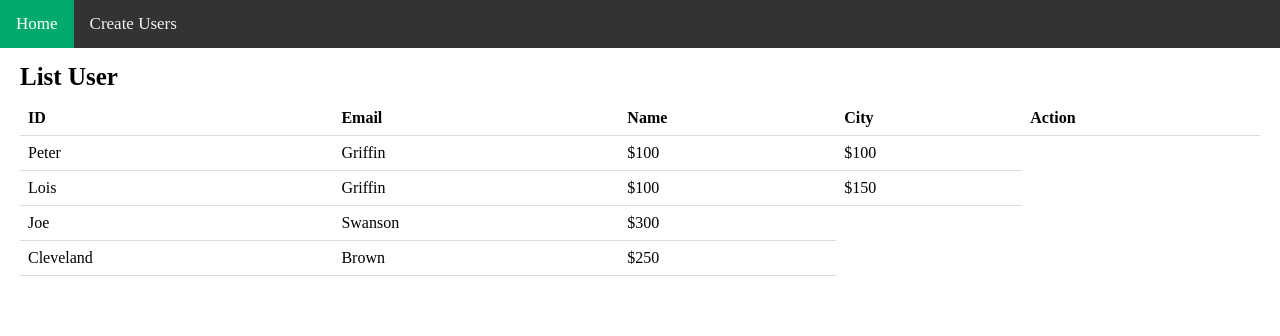
Repository: Ducbii4202/backend-Nodejs
Page: src/views/home.ejs
The author's editor kept a copy of each file at every save. The page is drawn from the files as they stood at one save, then again after the next save.
The browser window is 1280 px wide. The pictures show the whole page.
The page is served by the project's Node server (server.js). The template is opened directly, without the code that normally fills it, so the values that code supplies are empty.

Above is the page before, as saved 2024-07-02 16:36:39.

### src/views/home.ejs
<html lang="en">

<head>
  <meta charset="UTF-8">
  <meta name="viewport" content="width=device-width, initial-scale=1.0">
  <title>Home Page</title>
  <link rel="stylesheet" href="/css/styles.css" />

</head>


<body>
  <div class="topnav">
    <a class="active" href="/">Home</a>
    <a href="/create">Create Users</a>
  </div>
  <div class="table-container">
    <div class="title">List User</div>
    <table>
      <tr>
        <th>ID</th>
        <th>Email</th>
        <th>Name</th>
        <th>City</th>
        <th>Action</th>
      </tr>
      <tr>
        <td>Peter</td>
        <td>Griffin</td>
        <td>$100</td>
        <td>$100</td>
      </tr>
      <tr>
        <td>Lois</td>
        <td>Griffin</td>
        <td>$100</td>
        <td>$150</td>
      </tr>
      <tr>
        <td>Joe</td>
        <td>Swanson</td>
        <td>$300</td>
      </tr>
      <tr>
        <td>Cleveland</td>
        <td>Brown</td>
        <td>$250</td>
      </tr>
    </table>
  </div>

</body>

</html>

### server.js
const express = require("express");
const app = express();
const port = 8080;

app.set("views", "./src/views");
app.set("view engine", "ejs");

app.get("/", (req, res) => {
  res.send("Hello World!");
});

app.get("/abc", (req, res) => {
  res.send("Hello ABC!");
});

app.listen(port, () => {
  console.log(`Example app listening on port ${port}`);
});

### src/public/css/styles.css
.hoidanit{
    width: 500px;
}

/*reset padding and margin*/
*{
    margin: 0;
    padding: 0;
}

/* Add a black background color to the top navigation */
.topnav {
  background-color: #333;
  overflow: hidden;
}

/* Style the links inside the navigation bar */
.topnav a {
  float: left;
  color: #f2f2f2;
  text-align: center;
  padding: 14px 16px;
  text-decoration: none;
  font-size: 17px;
}

/* Change the color of links on hover */
.topnav a:hover {
  background-color: #ddd;
  color: black;
}

/* Add a color to the active/current link */
.topnav a.active {
  background-color: #04AA6D;
  color: white;
}
legend {
  padding: 10px;
  margin: 15 20px;
  text-align: center;
   border: 2px solid black;
   border-radius: 8px;
}

.form-add-new{
    width: 500px;
    margin: 0 auto;
    padding-top: 100px;
}
.input-group{
    padding: 10px
}

button{
    margin: 10px;
    cursor: po;
}
 .table-container {
    padding: 15px 20px
  }

  .title {
    font-size: 25px;
    font-weight: 600;
    padding-bottom: 10px;
  }

  table {
    border-collapse: collapse;
    width: 100%;
  }

  th,
  td {
    padding: 8px;
    text-align: left;
    border-bottom: 1px solid #ddd;
  }

  tr:hover {
    background-color: rgb(211, 187, 243);
  }

After the next save:
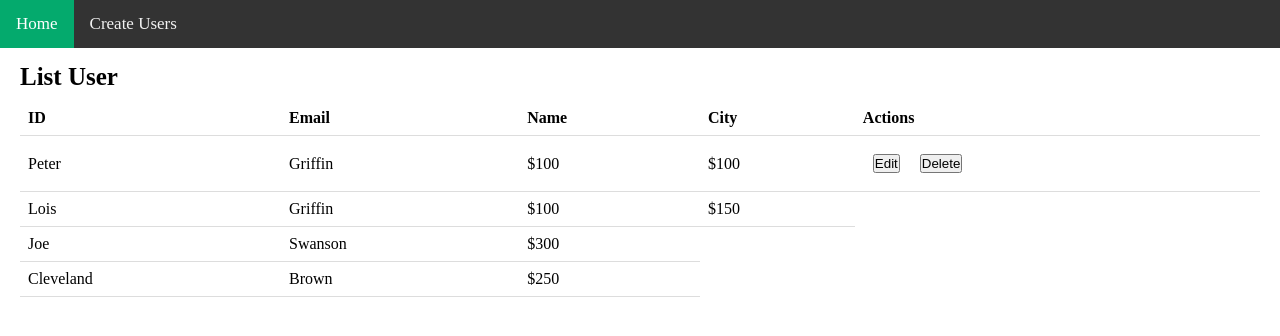
Saved 38 s later.
--- a/src/views/home.ejs
+++ b/src/views/home.ejs
@@ -22,13 +22,16 @@
         <th>Email</th>
         <th>Name</th>
         <th>City</th>
-        <th>Action</th>
+        <th>Actions</th>
       </tr>
       <tr>
         <td>Peter</td>
         <td>Griffin</td>
         <td>$100</td>
         <td>$100</td>
+        <td>
+          <button>Edit</button><button>Delete</button>
+        </td>
       </tr>
       <tr>
         <td>Lois</td>
